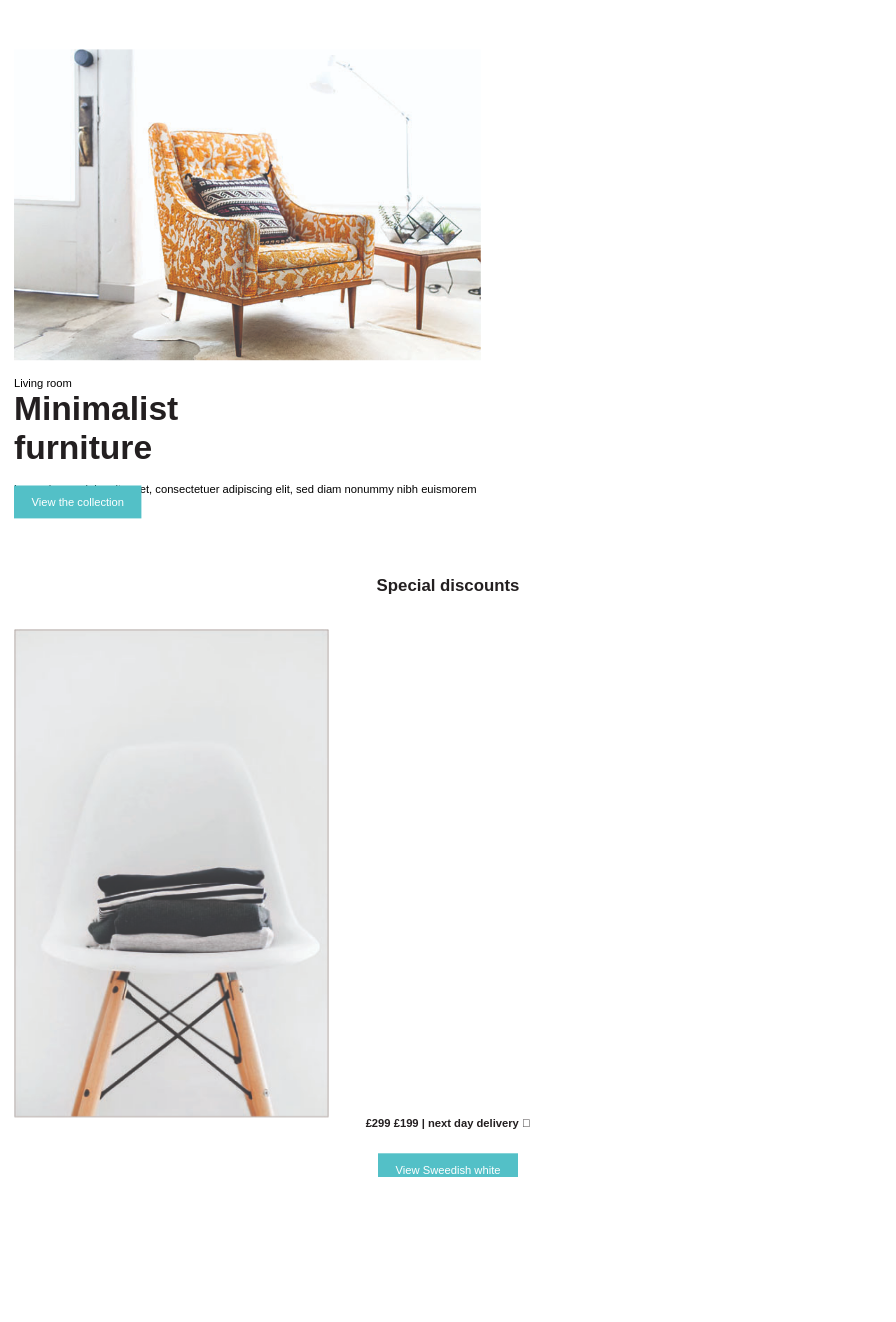
Repository: dinhhaidh/republic-web
Page: index.html
These files come from the project's save history. The page is drawn as it stood at one moment and after the next save; the edit follows.
The browser window is 1280 px wide. The pictures show the part of the page from y = 1212 to 3132 px (the page is 3100 px tall before and 3132 px after), at 70% of full size.
Some web fonts or font styles are not loaded; a fallback is used. Some web libraries are served in a nearby version.

Above is the page before, as saved 2024-01-24 18:09:17.

### index.html
<!DOCTYPE html>
<html lang="en">
<head>
    <meta charset="UTF-8">
    <meta name="viewport" content="width=device-width, initial-scale=1.0">

    <!--=============== FAVICON ===============-->
    <link rel="shortcut icon" href="assets/img/favicon.png" type="image/x-icon">

    <!--=============== REMIXICONS ===============-->
    <link rel="stylesheet" href="https://cdn.jsdelivr.net/npm/remixicon@4.1.0/fonts/remixicon.min.css">

    <link
    rel="stylesheet"
    href="https://cdn.jsdelivr.net/npm/swiper@11/swiper-bundle.min.css"
  />

    <!--=============== CSS ===============-->
    <link rel="stylesheet" href="style.css">

    <title>Responsive </title>
</head>
<body>
    <!--==================== HEADER ====================-->
    <header class="header" id="header">
        <nav class="nav container">
            <a href="#" class="nav__logo">
                <img src="./img/logo.jpg" alt="image" class="nav__img">
            </a>
            <div class="nav__menu" id="nav-menu">
                <ul class="nav__list">
                    <li class="nav__item">
                        <a href="#home" class="nav__link">Home</a>
                    </li>
                    <li class="nav__item">
                        <a href="#bedroom" class="nav__link">Bedroom</a>
                    </li>
                    <li class="nav__item">
                        <a href="#lounge" class="nav__link">Lounge</a>
                    </li>
                    <li class="nav__item">
                        <a href="#kitchen" class="nav__link">Kitchen</a>
                    </li>
                    <li class="nav__item">
                        <a href="#lighting" class="nav__link">Lighting</a>
                    </li>
                </ul>
                <div class="nav__close" id="nav-close">
                    <i class="ri-close-line"></i>
                </div>
            </div>

            <form action="" class="nav__button">
                <div class="button">
                    <input type="text" placeholder="Find something..." class="form-control">
                    <i class="ri-search-line button__search"></i>
                </div>
                <div class="shopping">
                    <i class="ri-shopping-cart-line "></i>
                    <span class="shopping__quantity">0</span>
                </div>
            </form>
            <!-- toggle -->
            <div class="nav__toggle" id="nav-toggle">
                <i class="ri-menu-line"></i>
            </div>
        </nav>
    </header>

    <!--==================== MAIN ====================-->
    <main class="main">
        <!--==================== Home  ====================-->
        <section class="home section" id="home">
            <div class="home__container container">
                <div class="home__contennt">
                    <h1 class="home__title">Premium <br> collection</h1>
                    <p class="home__desc">
                        Lorem ipsum dolor sit amet, consectetuer adipiscing elit, sed diam nonummy nibh euismorem ipsum dolor sit amet, consectetuer adipiscing elit
                    </p>
                    <h4>£2,300</h4>
                    <a href="#" class="button__link">View the collection</a>
                </div>
                <div class="home__images">
                    <img src="./img/hom1.jpg" alt="" class="home__image">
                    <div class="home__span">
                        <span><a href="">Lorem ipsum dolor sit amet</a>    £2,300</span>
                        <span><a href="#"> Consectetuer adsed diam</a>    £2,300</span>
                    </div>
                </div>
            </div>
        </section>

        <!--==================== Bedroom ====================-->
        <section class="bedroom section" id="bedroom">
            <div class="bedroom__container container grid">
                <div class="bedroom__images">
                    <img src="./img/funitire1.jpg" alt="" class="bedroom__image">
                </div>
                <div class="bedroom__contennt">
                    <span>Living room</span>
                    <div class="bedroom-brick"></div>
                    <h2 class="home__title">Minimalist <br>
                        furniture</h2>
                    <p class="bedroom__desc">
                        Lorem ipsum dolor sit amet, consectetuer adipiscing elit, sed diam nonummy nibh euismorem
                    </p>
                    <a href="#" class="button__link">View the collection</a>
                </div>

            </div>
        </section>

        <!--==================== Lounge  ====================-->
        <section class="lounge  section" id="lounge ">
            <h2 class="lounge-title">Special discounts</h2>
            <div class="lounge__container container swiper">
                <div class="swiper-wrapper">
                    <article class=" lounge__card swiper-slide">
                        <img src="./img/special1.jpg" alt="" class="lounge__img">
                        <h4><span>£299</span> £199  |  next day delivery  </h4>
                        <a href="#" class="button__link lounge__button">View Sweedish white</a>
                    </article>
                    <article class=" lounge__card swiper-slide">
                        <img src="./img/special2.jpg" alt="" class="lounge__img">
                        <h4><span>£299</span> £199  |  next day delivery  </h4>
                        <a href="#" class="button__link lounge__button">View Sweedish white</a>
                    </article>
                    <article class=" lounge__card swiper-slide">
                        <img src="./img/special3.jpg" alt="" class="lounge__img">
                        <h4><span>£299</span> £199  |  next day delivery  </h4>
                        <a href="#" class="button__link lounge__button">View Sweedish white</a>
                    </article>
                    <article class=" lounge__card swiper-slide">
                        <img src="./img/special4.jpg" alt="" class="lounge__img">
                        <h4><span>£299</span> £199  |  next day delivery  </h4>
                        <a href="#" class="button__link lounge__button">View Sweedish white</a>
                    </article>
                </div>
            </div>
        </section>

        <!--==================== Kitchen ====================-->
        <section class="kitchen  section" id="kitchen">

        </section>

        <!--==================== Lighting ====================-->
        <section class="lighting  section" id="lighting">

        </section>
    </main>

    <!--==================== FOOTER ====================-->
    <footer class="footer">

    </footer>

    <!--========== SCROLL UP ==========-->

    <script src="https://cdn.jsdelivr.net/npm/swiper@11/swiper-bundle.min.js"></script>


    <!--=============== SCROLLREVEAL ===============-->
    <script src=""></script>

    <!--=============== JQuery ===============-->
    <script src="https://code.jquery.com/jquery-3.7.1.slim.min.js" integrity="sha256-kmHvs0B+OpCW5GVHUNjv9rOmY0IvSIRcf7zGUDTDQM8=" crossorigin="anonymous"></script>

    <!--=============== MAIN JS ===============-->
    <script src="/js/main.js"></script>
</body>
</html>

### style.css
/*=============== GOOGLE FONTS ===============*/
@import url("https://fonts.cdnfonts.com/css/source-sans-pro");

/*=============== VARIABLES CSS ===============*/
:root {
  --header-height: 3.5rem;

  /*========== Colors ==========*/
  /*Color mode HSL(hue, saturation, lightness)*/
  --first-color: hsl(28, 88%, 62%);
  --first-color-alt: hsl(28, 84%, 58%);
  --title-color: hsl(0, 0%, 95%);
  --text-color: hsl(0, 0%, 75%);
  --text-color-light: hsl(0, 0%, 65%);
  --black-color: #231f20;
  --body-color: hsl(0, 0%, 6%);
  --container-color: hsl(0, 0%, 10%);

  /*========== Font and typography ==========*/
  /*.5rem = 8px | 1rem = 16px ...*/
  --body-font: "Montserrat", sans-serif;
  --second-font: "Dancing Script", cursive;
  --biggest-font-size: 2.5rem;
  --bigger-font-size: 2rem;
  --h1-font-size: 1.5rem;
  --h2-font-size: 1.25rem;
  --h3-font-size: 1rem;
  --normal-font-size: .938rem;
  --small-font-size: .813rem;

  /*========== Font weight ==========*/
  --font-regular: 400;
  --font-semi-bold: 600;
  --font-bold: 700;

  /*========== z index ==========*/
  --z-tooltip: 10;
  --z-fixed: 100;
}

/*========== Responsive typography ==========*/
@media screen and (min-width: 1150px) {
  :root {
    --biggest-font-size: 4.375rem;
    --bigger-font-size: 3rem;
    --h1-font-size: 2.25rem;
    --h2-font-size: 1.5rem;
    --h3-font-size: 1.25rem;
    --normal-font-size: 1rem;
    --small-font-size: .875rem;
  }
}

/*=============== BASE ===============*/
* {
  box-sizing: border-box;
  padding: 0;
  margin: 0;
}

html {
  scroll-behavior: smooth;
}

body,
button {
  font-family: var(--body-font);
  font-size: var(--normal-font-size);
}

body {
  /* color: var(--text-color); */
}

button {
  border: none;
  outline: none;
}

h1, h2, h3, h4 {
  color: var(--black-color);
  font-weight: var(--font-bold);
}

ul {
  list-style: none;
}

a {
  text-decoration: none;
}

img {
  display: block;
  max-width: 100%;
  height: auto;
}

/*=============== REUSABLE CSS CLASSES ===============*/
.container {
  max-width: 1240px;
  margin-inline: 1.5rem;
}

.grid {
  display: grid;
  gap: 1.5rem;
}

.section {
  padding-block: 5rem 1rem;
}

.section__title {
  font-size: var(--bigger-font-size);
  font-family: var(--second-font);
  margin-bottom: 1.5rem;
  text-align: center;
}

.main {
  overflow: hidden; /* For animation ScrollReveal */
}

/*=============== HEADER & NAV ===============*/
.header{
  position: fixed;
  width: 100%;
  top: 0;
  left: 0;
  background-color: transparent;
  z-index: var(--z-fixed);
  transition: .4s;
}
.nav{
  position: relative;
  height: var(--header-height);
  display: flex;
  align-items: center;
  justify-content: space-between;
}
.nav__img{
  width: 100px;
  transition: .4s;
}
.nav__toggle,
.nav__close{
  cursor: pointer;
  font-size: 1.5rem;
  color: black;
}
.form-control{
  padding: 13px 40px 13px 20px;
  border-radius: 25px
}
.nav__button{
  display:flex;
  align-items: center;
  justify-content: center;
  column-gap: 1.625rem;
}
.nav__link{
  color: var(--black-color);
  font-weight: var(--font-regular);
  font-family: 'Source Sans Pro', sans-serif;
}
.button{
  display: flex;
  position: relative;
}
.button input::placeholder{
  color: var(--black-color);
}
.button__search{
  position: absolute;
  top: 0.9rem;
  right: 1rem;
}
.shopping i{
  font-size: 1.25rem;
  position: relative;
}
.shopping__quantity{
  background-color: red;
    padding: 1px 3px;
    color: #fff;
    position: absolute;
    top: 1.8rem;
    right: 0.05rem;
    border-radius: 50%;
    font-size: .7rem;
}



/* Navigation for mobile devices */
@media screen and (max-width: 1023.98px) {
  .nav__menu {
    position: fixed;
    top: 0;
    right: -100%;
    background-color: #fff;
    backdrop-filter: blur(16px);
    -webkit-backdrop-filter: blur(16px);
    width: 80%;
    height: 100%;
    padding: 6rem 3rem 0px;
    transition: right .4s;
  }
  .nav__list{
    display: flex;
    flex-direction: column;
    row-gap: 2.5rem;
  }
  .nav__link{
    color: var(--black-color);
    font-weight: var(--font-semi-bold);
    transition: color .4s;
  }
  /* .nav__link:hover{

  } */
  .nav__close{
    position: absolute;
    top: 1rem;
    right: 1.5rem;
  }
  .nav__button{
    display: none;
  }
}


/* Show menu */
.show-menu{
  right: 0;
}

/* Add blur header */
.scroll-header {
  background-color: #fff;
  box-shadow: 0 1px 4px hsla(220, 4%, 15%, .1);
}

/* Active link */


/*=============== Home ===============*/
.home{
  padding-top: 5rem;
}
.home__container{
  display: flex;
  flex-direction: column;
  row-gap: 3rem;
}
.home__title{
  font-size: var(--bigger-font-size);
  margin-bottom: 1.5rem;
}
.home__desc{
  font-weight: var(--font-regular);
  color: var(--black-color);
  line-height: 1.5;
  margin-bottom: var(--h2-font-size);
}
.home h4{
  font-size: var(--h1-font-size);
  margin-bottom: var(--bigger-font-size);
}
.button__link{
  background-color: #53c0c7;
  padding: 15px 25px;
  color: #fff;
  font-weight: 400;
}
.home__span span:nth-child(1){
  position: absolute;
  right: 1rem;
  top: 1rem;
  color: #fff;
}
.home__span span:nth-child(2){
  right: 1rem;
  position: absolute;
  top: 2rem;
  color: #fff;
}
.home__span span a{
  color: #fff;
}
.home__images{
  position: relative;
}
.home__image{

}

/*=============== BUTTON ===============*/


/*=============== Bedroom ===============*/


/*=============== Lounge  ===============*/
.lounge{

}


.lounge-title{
  display:flex;
  align-items: center;
  justify-content: center;
}
.lounge__container{
  margin-top: var(--bigger-font-size);
}

.lounge__swiper{

}

.swiper-wrapper{

}
.lounge__card{
  text-align: center;
}
.swiper-slide{

}
.lounge__img{
  width: 450px;
}
.lounge h4{
  margin-bottom: var(--bigger-font-size);
}
.button__link{

}
.lounge__button{

}

/*=============== Kitchen  ===============*/

/*=============== Lighting  ===============*/



/*=============== FOOTER ===============*/


/*=============== SCROLL BAR ===============*/


/*=============== SCROLL UP ===============*/


/* Show Scroll Up */


/*=============== BREAKPOINTS ===============*/
/* For small devices */
@media screen and (min-width: 1024px){
  .nav{
    height: calc(var(--header-height) + 2rem)
  }
  .nav__toggle,
  .nav__close{
    display: none;
  }
  .nav__list{
    display: flex;
    flex-wrap: nowrap;
    column-gap: 4rem;
  }
}
@media screen and (min-width: 1150px) {
  .container{
    margin-inline: auto;
  }


}

/* For medium devices */


/* For large devices */

### js/main.js
$(document).ready(function () {
  $("#nav-toggle").click(function () {
    $("#nav-menu").addClass("show-menu");
  });
  $("#nav-close").click(function () {
    $("#nav-menu").removeClass("show-menu");
  });
  $(window).scroll(function () {
    $("#header").toggleClass("scroll-header", $(this).scrollTop() >= 50);
  });
});
/*=============== SWIPER PRODUCTS ===============*/
var swiperLounge = new Swiper(".lounge__container", {
  // luot lien tuc
    spaceBetween: 32,
    grabCursor: true,
    centeredSlides: true,
    slidesPerView: "auto",
    loop: true,
    ////
    navigator: {
    nextEl: ".swiper-button-next",
    prevEl: ".swiper-button-prev",
    },

  // lích thước resposive
    breakpoints: {
        1240: {
        spaceBetween: 3,
    },
    },

  //
});

// var swiper = new Swiper(".lounge__swiper", {
//   slidesPerView: 3,
//   spaceBetween: 30,
//   freeMode: true,
//   pagination: {
//     el: ".swiper-pagination",
//     clickable: true,
//   },
// });

After the next save:
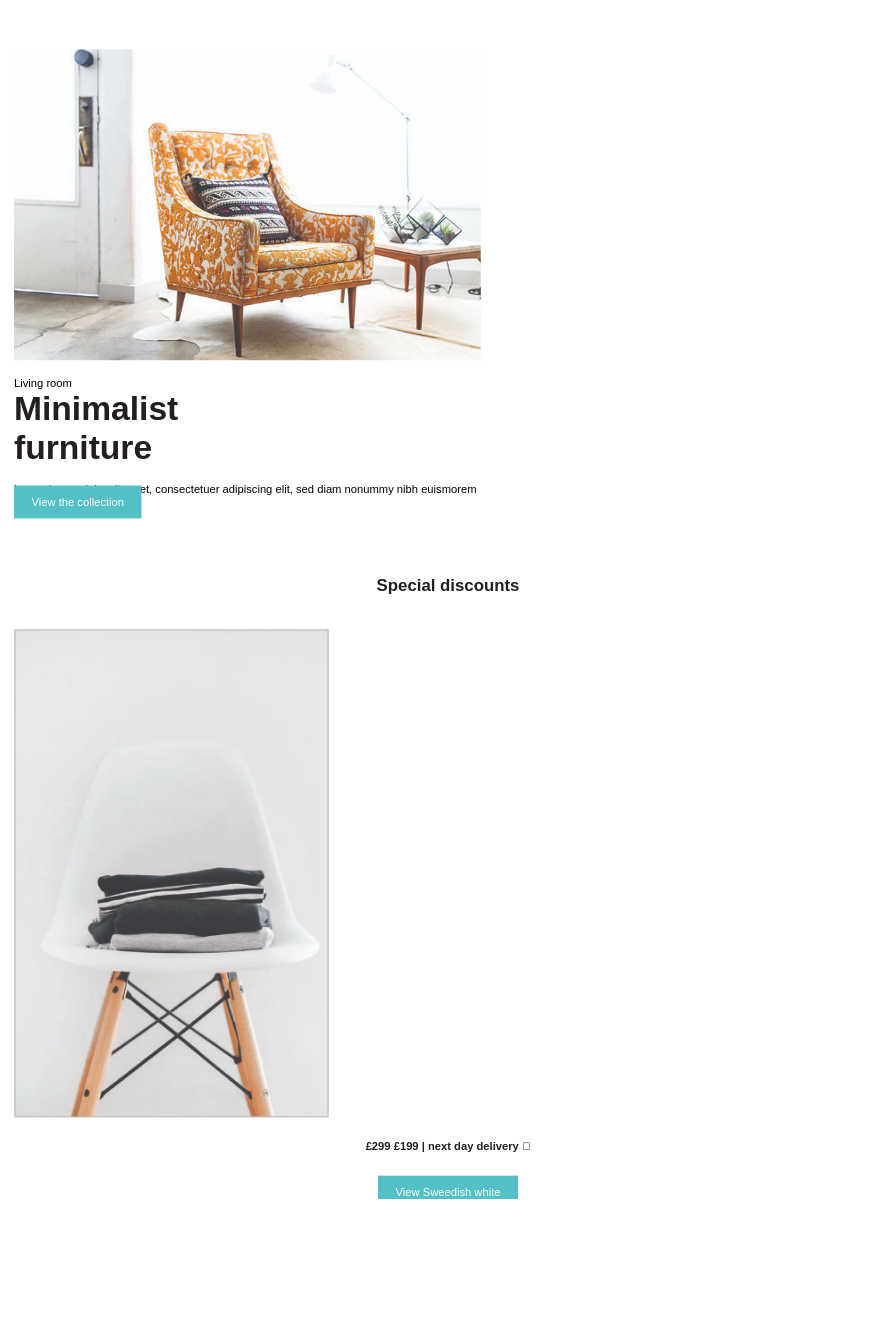
Saved 20 s later.
--- a/style.css
+++ b/style.css
@@ -334,6 +334,7 @@ img {
   width: 450px;
 }
 .lounge h4{
+  margin-top: 2rem;
   margin-bottom: var(--bigger-font-size);
 }
 .button__link{
